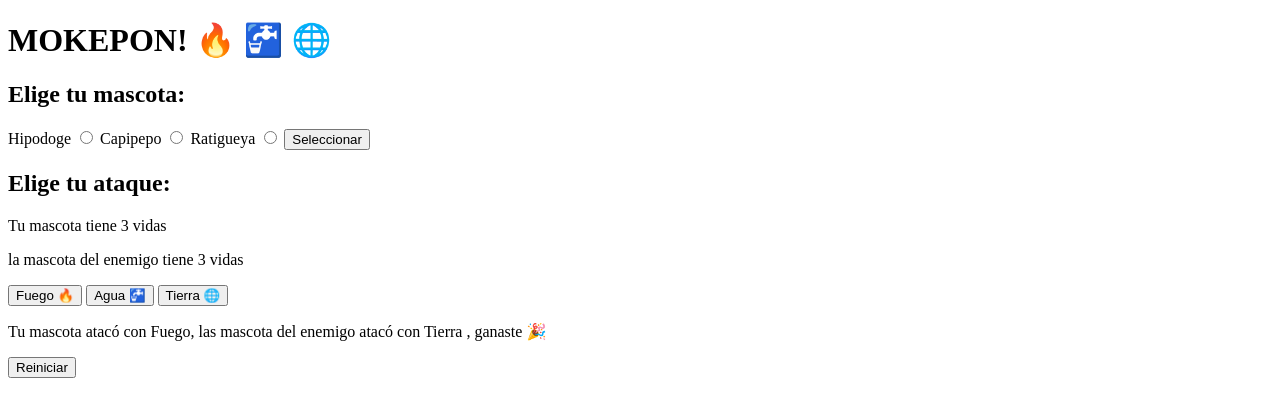
Repository: elto82/juegoMokepon
Page: mokepon/mokepon.html
These files come from the project's save history. The page is drawn as it stood at one moment and after the next save; the edit follows.
The browser window is 1280 px wide. The pictures show the whole page.

Above is the page before, as saved 2022-07-25 11:12:58.

### mokepon/mokepon.html
<!DOCTYPE html>
<html lang="en">

<head>
  <meta charset="UTF-8">
  <meta http-equiv="X-UA-Compatible" content="IE=edge">
  <meta name="viewport" content="width=device-width, initial-scale=1.0">
  <title>Mokepon</title>
  <script src="./js/mokepon.js"></script>
</head>

<body>
  <h1>MOKEPON! 🔥 🚰 🌐</h1>

  <section id="seleccionar-mascota">
    <h2>Elige tu mascota:</h2>

    <label for="hipodoge">Hipodoge</label>
    <input type="radio" name="mascota" id="hipodoge">

    <label for="capipepo">Capipepo</label>
    <input type="radio" name="mascota" id="capipepo">

    <label for="ratigueya">Ratigueya</label>
    <input type="radio" name="mascota" id="ratigueya">


    <button id="boton-mascota">Seleccionar</button>
  </section>

  <section id="seleccionar-ataque">
    <h2>Elige tu ataque:</h2>
    <p>Tu mascota <span id="mascota-jugador"></span> tiene <span>3</span> vidas</p>
    <p>la mascota <span id="mascota-enemigo"></span> del enemigo tiene <span>3</span> vidas</p>
    <div>
      <button id="boton-fuego">Fuego 🔥</button>
      <button id="boton-agua">Agua 🚰</button>
      <button id="boton-tierra">Tierra 🌐</button>
    </div>
  </section>

  <section id="mensajes"></section>
  <p>Tu mascota atacó con Fuego, las mascota del enemigo atacó con Tierra , ganaste 🎉</p>

  <section id="reiniciar">
    <button id="boton-reiniciar">Reiniciar</button>

  </section>


</body>

</html>

### mokepon/js/mokepon.js
let ataqueJugador;
let ataqueEnemigo;

function iniciarJuego() {
  let botonMascotaJugador = document.getElementById("boton-mascota");
  botonMascotaJugador.addEventListener("click", seleccionarMascotaJugador);

  let botonFuego = document.getElementById("boton-fuego");
  botonFuego.addEventListener("click", ataqueFuego);
  let botonAgua = document.getElementById("boton-agua");
  botonAgua.addEventListener("click", ataqueAgua);
  let botonTierra = document.getElementById("boton-tierra");
  botonTierra.addEventListener("click", ataqueTierra);
}

function ataqueFuego() {
  ataqueJugador = "FUEGO";
  ataqueAleatorioEnemigo();
}

function ataqueAgua() {
  ataqueJugador = "AGUA";
  ataqueAleatorioEnemigo();
}

function ataqueTierra() {
  ataqueJugador = "TIERRA";
  ataqueAleatorioEnemigo();
}

function ataqueAleatorioEnemigo() {
  let ataqueAleatorio = aleatorio(1, 3);

  if (ataqueAleatorio == 1) {
    ataqueEnemigo = "FUEGO";
  } else if (ataqueAleatorio == 2) {
    ataqueEnemigo = "AGUA";
  } else {
    ataqueEnemigo = "TIERRA";
  }

  crearMensaje();
}

function crearMensaje() {
  let parrafo = document.createElement("p");
  parrafo.innerHTML = `Tu mascota atacó con ${ataqueJugador}, la mascota del enemigo ataco con ${ataqueEnemigo}`;
}

function seleccionarMascotaJugador() {
  let inputHipodoge = document.getElementById("hipodoge");
  let inputCapipepo = document.getElementById("capipepo");
  let inputRatigueya = document.getElementById("ratigueya");

  let spanMascotaJugador = document.getElementById("mascota-jugador");

  if (inputHipodoge.checked) {
    spanMascotaJugador.innerHTML = "Hipodoge";
  } else if (inputCapipepo.checked) {
    spanMascotaJugador.innerHTML = "Capipepo";
  } else if (inputRatigueya.checked) {
    spanMascotaJugador.innerHTML = "Ratigueya";
  } else {
    alert("No has seleccionado una mascota");
  }

  seleccionarMascotaEnemigo();
}

function aleatorio(min, max) {
  return Math.floor(Math.random() * (max - min + 1) + min);
}

function seleccionarMascotaEnemigo() {
  let mascotaAleatorio = aleatorio(1, 3);
  let spanMascotaEnemigo = document.getElementById("mascota-enemigo");

  if (mascotaAleatorio == 1) {
    //Hipodoge
    spanMascotaEnemigo.innerHTML = "Hipodoge";
  } else if (mascotaAleatorio == 2) {
    //Capipepo
    spanMascotaEnemigo.innerHTML = "Capipepo";
  } else {
    //Ratigueya
    spanMascotaEnemigo.innerHTML = "Ratigueya";
  }
}

window.addEventListener("load", iniciarJuego);

After the next save:
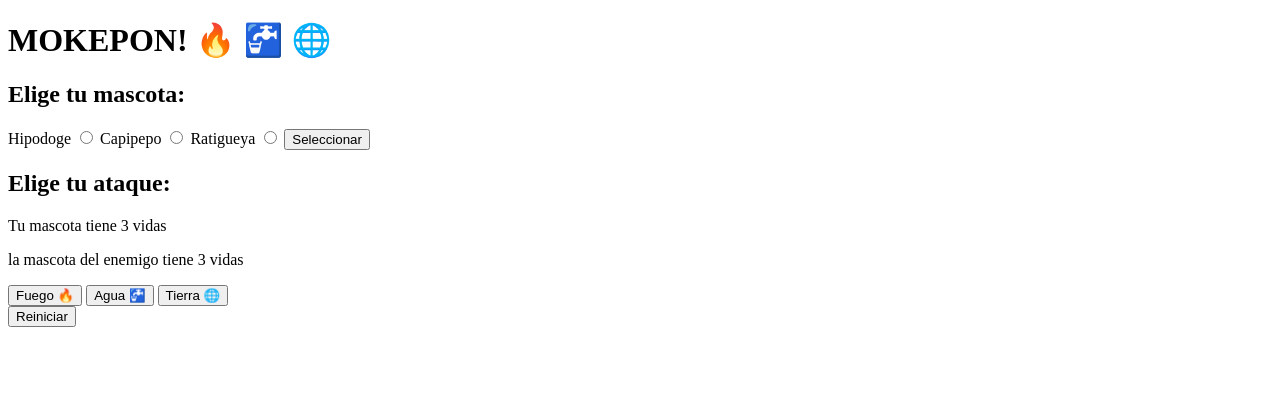
Saved 68 s later.
--- a/mokepon/mokepon.html
+++ b/mokepon/mokepon.html
@@ -40,8 +40,8 @@
   </section>
 
   <section id="mensajes"></section>
-  <p>Tu mascota atacó con Fuego, las mascota del enemigo atacó con Tierra , ganaste 🎉</p>
-
+<!--   <p>Tu mascota atacó con Fuego, las mascota del enemigo atacó con Tierra , ganaste 🎉</p>
+ -->
   <section id="reiniciar">
     <button id="boton-reiniciar">Reiniciar</button>
 
